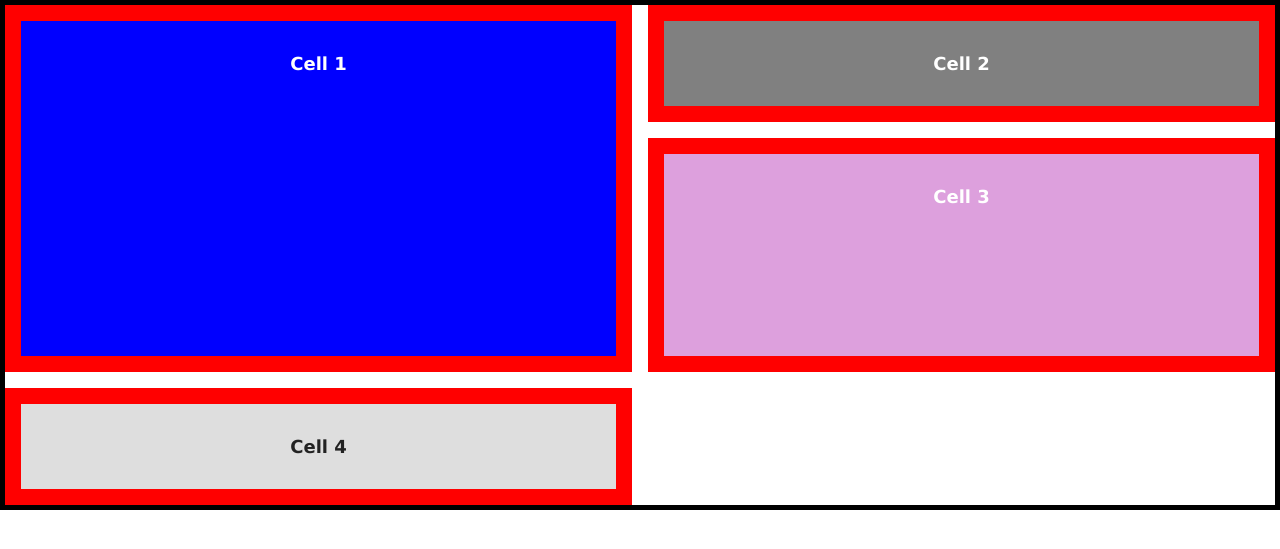
Repository: Ndifoinhilary/css_grid
Page: css-grid-learn/index.html
These files come from the project's save history. The page is drawn as it stood at one moment and after the next save; the edit follows.
The browser window is 1280 px wide. The pictures show the whole page.

Above is the page before, as saved 2024-01-25 02:55:35.

### css-grid-learn/index.html
<!DOCTYPE html>
<html lang="en">
<head>
    <meta charset="UTF-8">
    <meta name="viewport" content="width=device-width, initial-scale=1.0">
    <title>Css grid</title>
    <link rel="stylesheet" href="/css-grid-learn/main.css">
</head>
<body>
    <div class="container">
        <div class="cell class-1  ">cell 1</div>
        <div class="cell class-2">cell 2</div>
        <div class="cell class-3">cell 3</div>
        <div class="cell class-4">cell 4</div>
    </div>
</body>
</html>

### css-grid-learn/main.css
*{
    margin: 0;
    padding: 0;
    box-sizing: border-box;
}

body{
    font-family: Verdana, Geneva, Tahoma, sans-serif;
    color: #222;
}

.container{
    border: 5px solid black;
}

.cell{
    background: #dedede;
    text-transform: capitalize;
    text-align: center;
    font-weight: bold;
    padding: 2rem;
    font-size: large;
    border:1rem solid red;
}

.container{
    display: grid;
    grid-template-columns:1fr 1fr;
    grid-template-rows: 1fr 2fr;
    grid-gap: 1rem;
}


.class-1{
    color: white;
    background: blue;
   grid-row: 1/3;
}
.class-2{
    color: white;
    background:gray;
}
.class-3{
    color: white;
    background:plum;
}

After the next save:
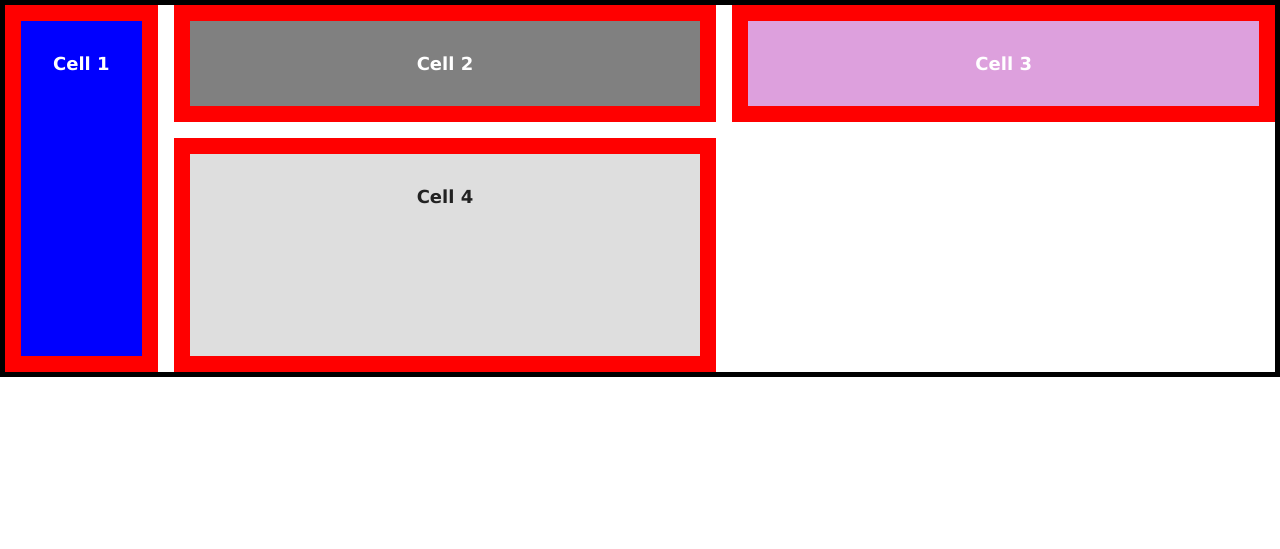
Saved 37 s later.
--- a/css-grid-learn/main.css
+++ b/css-grid-learn/main.css
@@ -35,6 +35,7 @@ body{
     color: white;
     background: blue;
    grid-row: 1/3;
+   grid-column: 1/-4;
 }
 .class-2{
     color: white;
